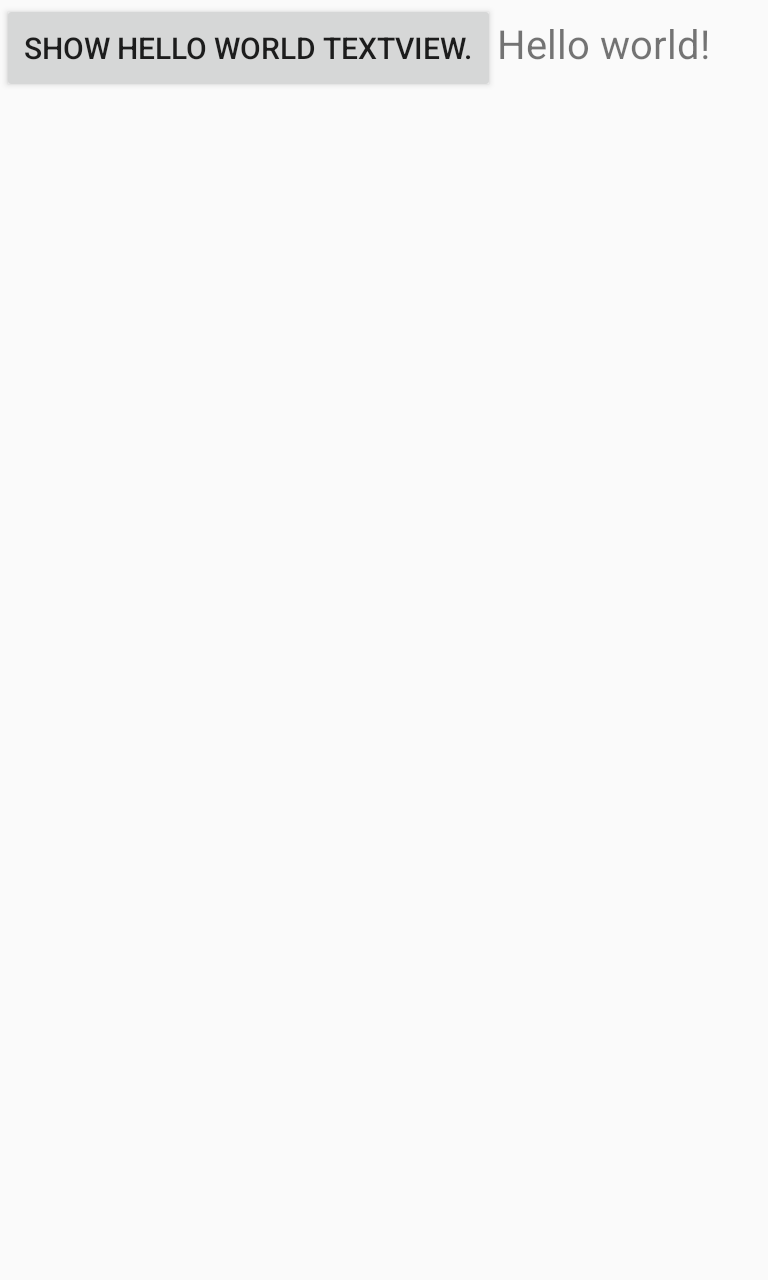
Repository: JoanneCaroll/EventHandling
Layout: EventHandling/res/layout/activity_main.xml
These files come from the project's save history. The layout is drawn as it stood at one moment and after the next save; the edit follows.
It is drawn on a 768 x 1280 px phone screen (xhdpi) without system bars, with theme AppTheme; the app's code is not run.

Above is the layout before, as saved 2014-10-28 06:29:28.

After the next save:
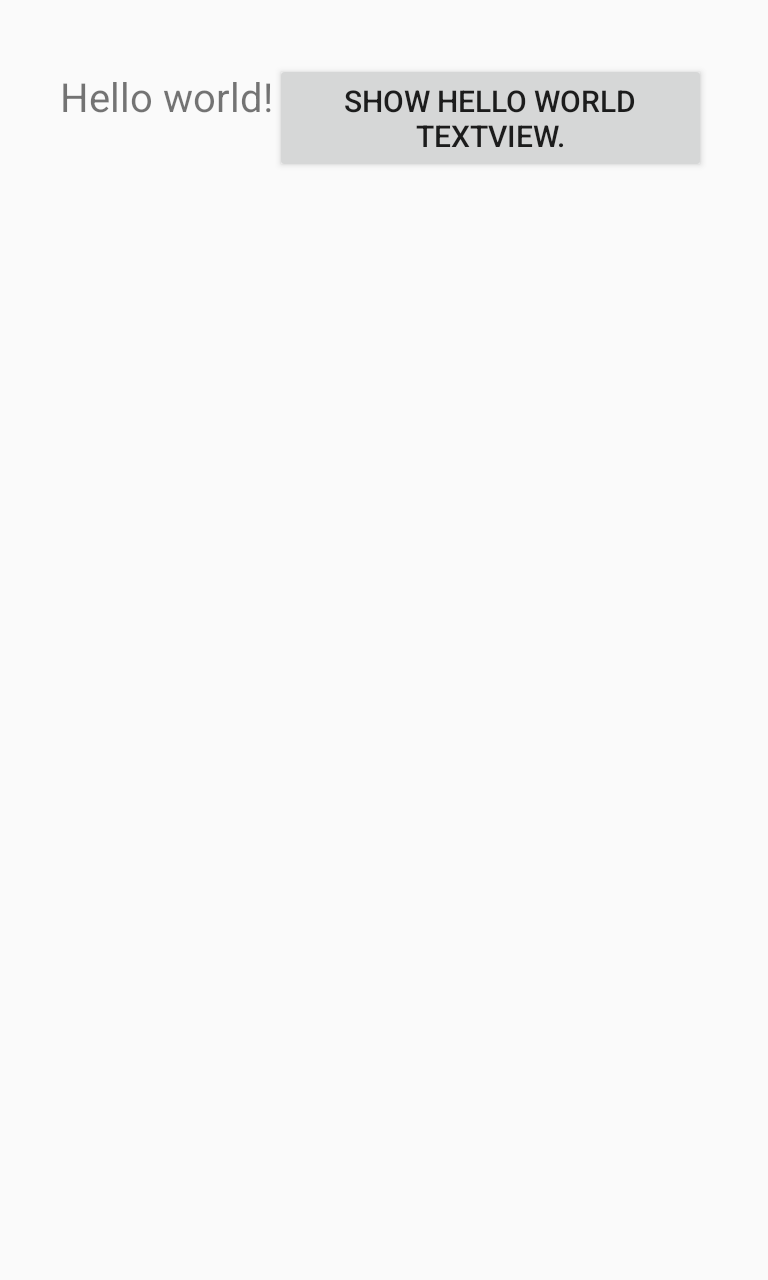
Saved 52 s later.
--- a/EventHandling/res/layout/activity_main.xml
+++ b/EventHandling/res/layout/activity_main.xml
@@ -9,8 +9,15 @@
             android:layout_width="match_parent"
 		    android:layout_height="match_parent"
 		    android:orientation="horizontal"
-		    android:layout_gravity="center">
+		    android:layout_gravity="center"
+		    android:padding="30dp">
 
+	    <TextView
+	        android:id="@+id/hello_world"
+	        android:layout_width="wrap_content"
+	        android:layout_height="wrap_content"
+	        android:text="@string/hello_world"
+	        android:textSize="20dp"/>
         <Button
 	        android:id="@+id/showText"
 	        android:layout_width="wrap_content"
@@ -18,12 +25,7 @@
 	        android:text="@string/show"
 	        android:textSize="15dp"/>
 
-	    <TextView
-	        android:id="@+id/hello_world"
-	        android:layout_width="wrap_content"
-	        android:layout_height="wrap_content"
-	        android:text="@string/hello_world"
-	        android:textSize="20dp"/>
+
 
     </LinearLayout>
 
